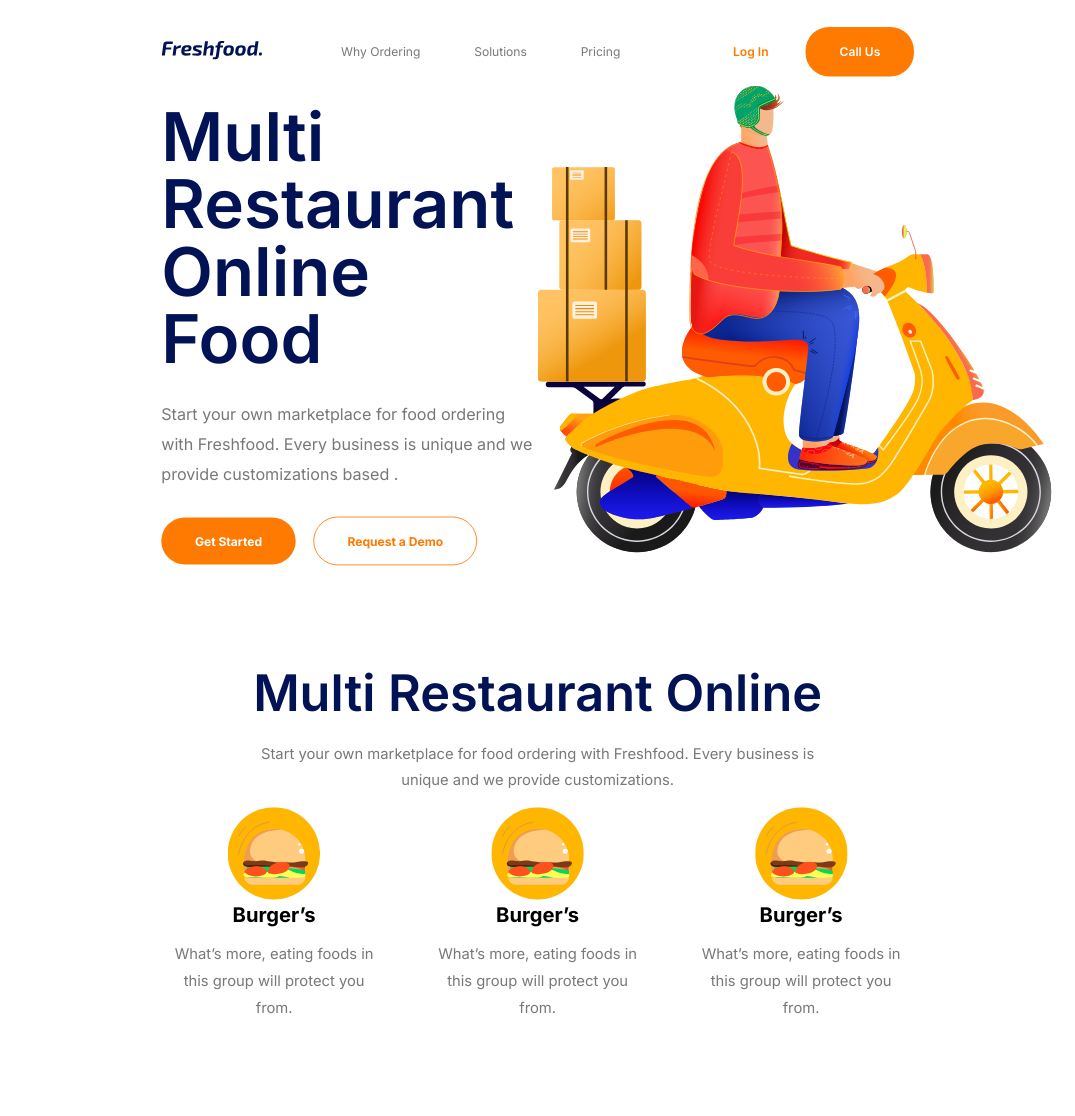
Repository: badhon252/FreshFood
Page: index.html
The author's editor kept a copy of each file at every save. The page is drawn from the files as they stood at one save, then again after the next save.
The browser window is 1280 px wide. The pictures show the whole page, at 84% of full size.
The style sheet was rebuilt from its Sass, Less or Tailwind sources for each picture, by a compiler version that may differ from the author's.

Above is the page before, as saved 2022-09-06 00:48:13.

### index.html
<!DOCTYPE html>
<html lang="en">

<head>
    <meta charset="UTF-8">
    <meta http-equiv="X-UA-Compatible" content="IE=edge">
    <meta name="viewport" content="width=device-width, initial-scale=1.0">
    <link rel="stylesheet" href="./scss/style.css">
    <title>Document</title>
</head>

<body>
    <header class="container">
        <nav class="navbar">
            <div class="navbar-brand">
                <img src="./images/Freshfood.svg" alt="">
            </div>
            <ul class="navs">
                <li class="nav-item"><a href="" class="nav-link">Why Ordering</a></li>
                <li class="nav-item"><a href="" class="nav-link">Solutions</a></li>
                <li class="nav-item"><a href="" class="nav-link">Pricing</a></li>
            </ul>
            <div class="logs">
                <button class="btn">Log In</button>
                <button class="btn call">Call Us</button>
            </div>
        </nav>

        <div class="header-content">
            <div class="row">
                <div class="col-md-6">
                    <h1>Multi Restaurant <br> Online Food</h1>
                    <p>Start your own marketplace for food ordering <br> with Freshfood. Every business is unique and we
                        <br>
                        provide customizations
                        based .
                    </p>
                    <button class="btn start-btn">Get Started</button>
                    <button class="btn demo-btn">Request a Demo</button>
                </div>
                <div class="col-md-6"><img src="./images/Group 5402.svg" alt=""></div>
            </div>
        </div>

    </header>

    <section class="second-section container">
        <h1>Multi Restaurant Online</h1>
        <p>Start your own marketplace for food ordering with Freshfood. Every business is <br> unique and we provide
            customizations.</p>
        <div class="row">
            <div class="col-md-4"><img src="./images/Group 4463.svg" alt="">
                <h2>Burger’s</h2>
                <p>What’s more, eating foods in <br> this group will protect you <br> from.</p>
            </div>
            <div class="col-md-4"><img src="./images/Group 4463.svg" alt="">
                <h2>Burger’s</h2>
                <p>What’s more, eating foods in <br> this group will protect you <br> from.</p>
            </div>
            <div class="col-md-4"><img src="./images/Group 4463.svg" alt="">
                <h2>Burger’s</h2>
                <p>What’s more, eating foods in <br> this group will protect you <br> from.</p>
            </div>

        </div>
    </section>
</body>

</html>

### scss/style.scss
@import url("https://fonts.googleapis.com/css2?family=Inter:wght@400;600;700;800;900&display=swap");
* {
  margin: 0%;
  padding: 0%;
  box-sizing: border-box;
  font-family: "Inter", sans-serif;
}

.container {
  margin: 2rem 12rem;
}
.btn {
  outline: none;
  border: none;
  padding: 1.2rem 2.5rem;
  background-color: transparent;
}

.row {
  display: flex;
  justify-content: space-between;
  align-items: center;
  max-width: 100%;
  .col-md-6 {
    max-width: 50%;
  }
}

h1 {
  font-weight: 600;
  font-size: 60px;
  line-height: 80px;
  /* or 133% */

  color: #011255;
}
//=====
//=====
//=====
.navbar {
  display: flex;
  justify-content: space-between;
  align-items: center;
  ul {
    display: flex;
    li {
      margin: 1rem 2rem;
      list-style-type: none;
      .nav-link {
        text-decoration: none;
        color: black;
        font-weight: 500;
        font-size: 0.9rem;
        line-height: 21px;
        /* identical to box height */

        text-align: center;

        color: #787878;
      }
    }
  }

  .btn {
    font-weight: 500;
    font-size: 0.9rem;
    line-height: 21px;
    /* identical to box height */
    font-weight: 600;
    color: #ff7a00;
  }
  .call {
    background: #ff7a00;
    border-radius: 28px;
    color: #fff;
  }
}

.header-content {
  h1 {
    font-size: 5rem;
    margin: 2rem 0;
  }
  p {
    font-size: 1.2rem;
    margin: 2rem 0;
    line-height: 36px;
    color: #787878;
    font-weight: 500;
  }
  .btn {
    background: #ff7a00;
    border-radius: 60px;
    font-size: 0.9rem;
    font-weight: 700;
  }
  .start-btn {
    color: #fff;
    margin-right: 1rem;
  }
  .demo-btn {
    background-color: #ffffff;
    border: 1px solid #ff7a00;
    color: #ff7a00;
  }
}

.second-section {
  padding: 4rem 0;
  text-align: center;
  h1 {
    margin: 1rem;
  }
  p {
    font-size: 1.1rem;
    margin: 1rem;
    line-height: 32px;
    /* or 178% */

    text-align: center;

    color: #787878;
  }
}

After the next save:
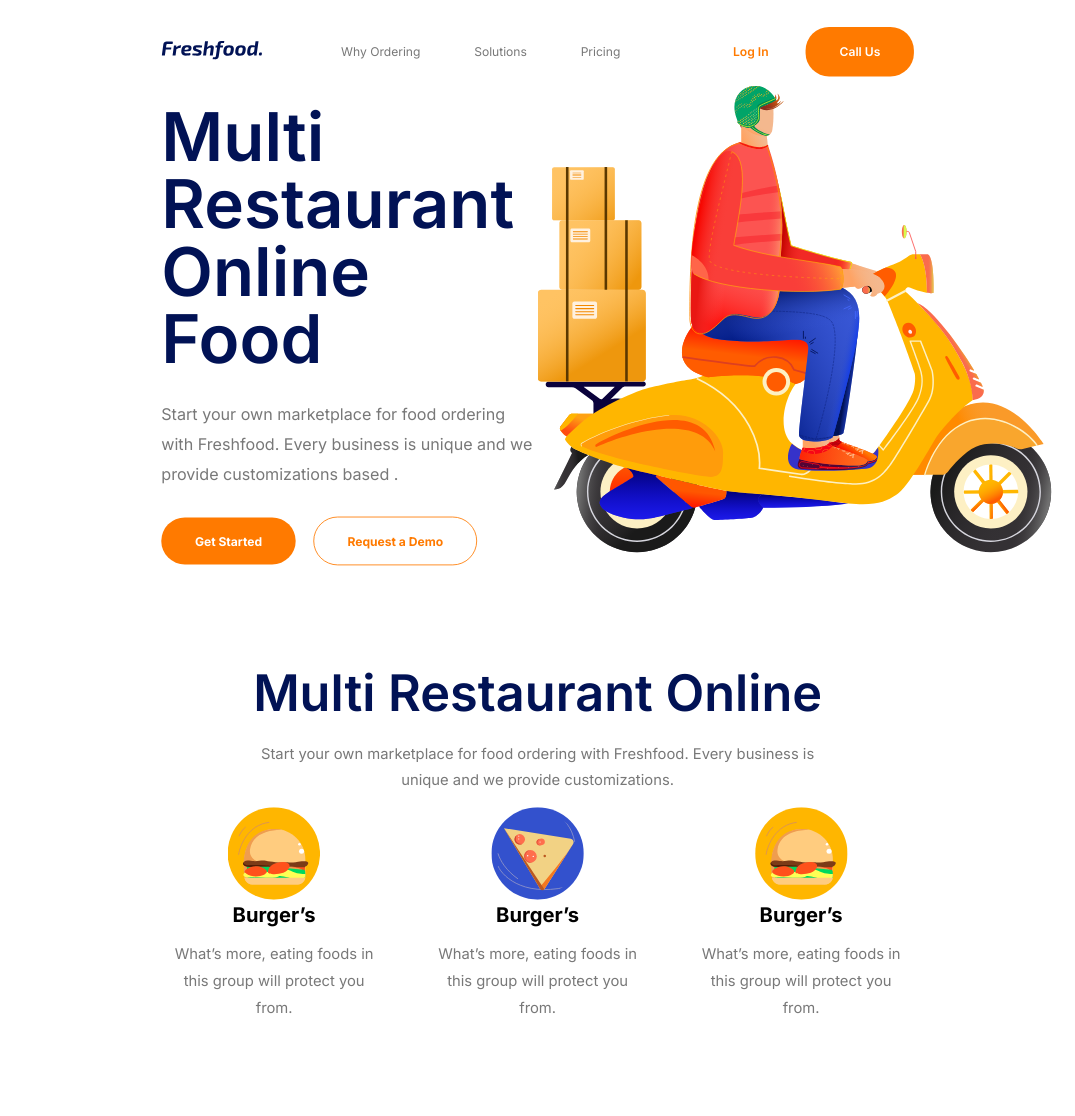
Saved 4 s later.
--- a/index.html
+++ b/index.html
@@ -53,7 +53,7 @@
                 <h2>Burger’s</h2>
                 <p>What’s more, eating foods in <br> this group will protect you <br> from.</p>
             </div>
-            <div class="col-md-4"><img src="./images/Group 4463.svg" alt="">
+            <div class="col-md-4"><img src="./images/Group 4461.svg" alt="">
                 <h2>Burger’s</h2>
                 <p>What’s more, eating foods in <br> this group will protect you <br> from.</p>
             </div>
